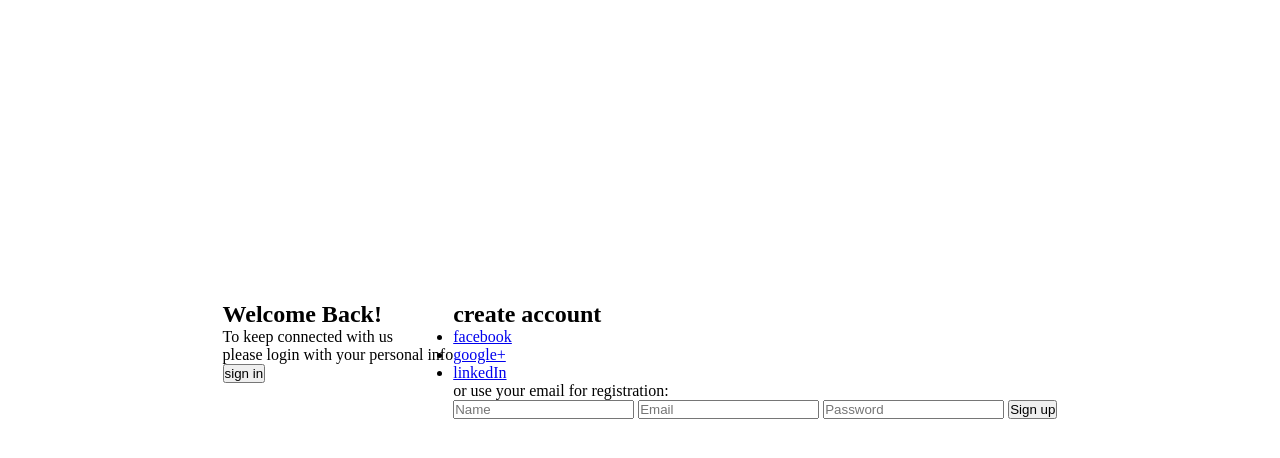
Repository: Gcodeco/ii9Telecom
Page: dist/public/login.html
These files come from the project's save history. The page is drawn as it stood at one moment and after the next save; the edit follows.
The browser window is 1280 px wide. The pictures show the whole page.

Above is the page before, as saved 2024-10-29 22:04:57.

### dist/public/login.html
<!DOCTYPE html>
<html lang="en">
<head>
    <meta charset="UTF-8">
    <meta name="viewport" content="width=device-width, initial-scale=1.0">
    <title>Document</title>
    <link rel="stylesheet" href="css/style.css">
</head>
<body>
    <div class="container-login">
        <div class="content first-content">
            <div class="first column">
                <h2 class="title">Welcome Back!</h2>
                <p class="description">To keep connected with us</p>
                <p class="description">please login with your personal info</p>
                <button class="btn">sign in</button>
            </div>
            <div class="second column">
                <h2 class="title">create account</h2>
                <div class="social-media">
                    <ul class="list-social-media">
                        <li class="li"><a href="#">facebook</a></li>
                        <li class="li"><a href="#">google+</a></li>
                        <li class="li"><a href="#">linkedIn</a></li>
                    </ul>
                </div>
                <p class="description">or use your email for registration:</p>
                <form class="form">
                    <input type="text" placeholder="Name">
                    <input type="text" placeholder="Email">
                    <input type="text" placeholder="Password">
                    <button class="btn">Sign up</button>
                </form>
            </div>
        </div>
        <div class="content second-content">
            <div class="content first content">
                <div class="first column">
                    <h2 class="title">Hello, Friend!</h2>
                    <p class="description">Enter your personal details</p>
                    <p class="description">and start your journey with us</p>
                    <button class="btn">sign up</button>
                </div>
                <div class="second column">
                    <h2 class="title">sign in to developer</h2>
                    <div class="social-media">
                        <ul>
                            <li class="li"><a href="#">facebook</a></li>
                            <li class="li"><a href="#">google+</a></li>
                            <li class="li"><a href="#">linkedIn</a></li>
                        </ul>
                    </div>
                    <p class="description">or use your email account:</p>
                    <form class="form">
                        <input type="text" placeholder="Email">
                        <input type="text" placeholder="Password">
                        <a href="#">forgot your password?</a>
                        <button class="btn">Sign in</button>
                    </form>
                </div>
            </div>
        </div>
    </div>
</body>
</html>

### dist/public/css/style.css
* {
    margin: 0;
    padding: 0;
    box-sizing: border-box;
}

.container-login{
    display: flex;
    border: 2px;
    justify-content: center;
    align-items: center;
    height: 100vh;
}


.first-content{
    display: flex;
}
.second-content{
    position: absolute;
    display: none;
}

After the next save:
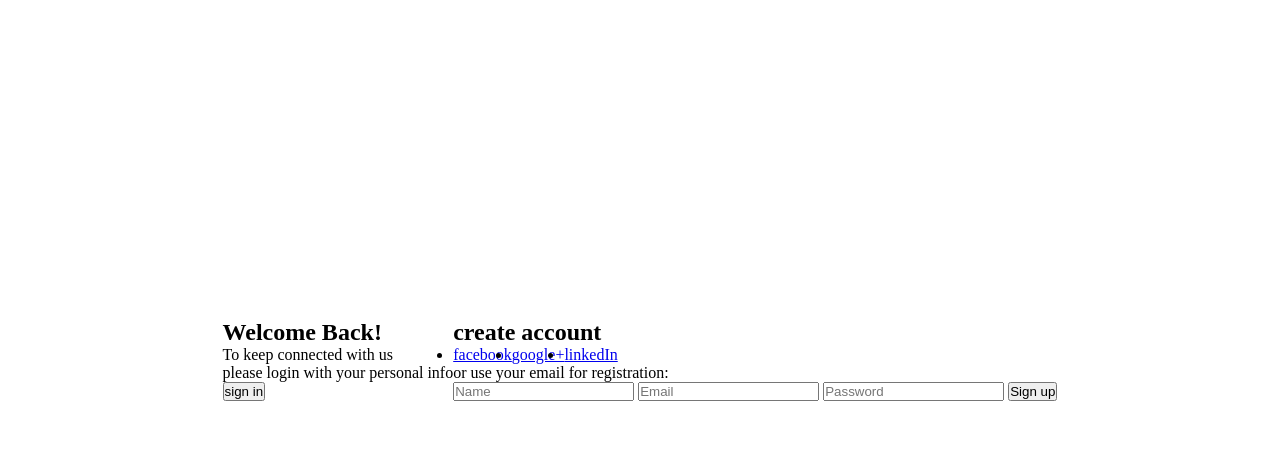
Saved 11 s later.
--- a/dist/public/css/style.css
+++ b/dist/public/css/style.css
@@ -20,3 +20,7 @@
     position: absolute;
     display: none;
 }
+
+.list-social-media{
+    display: flex;
+}
